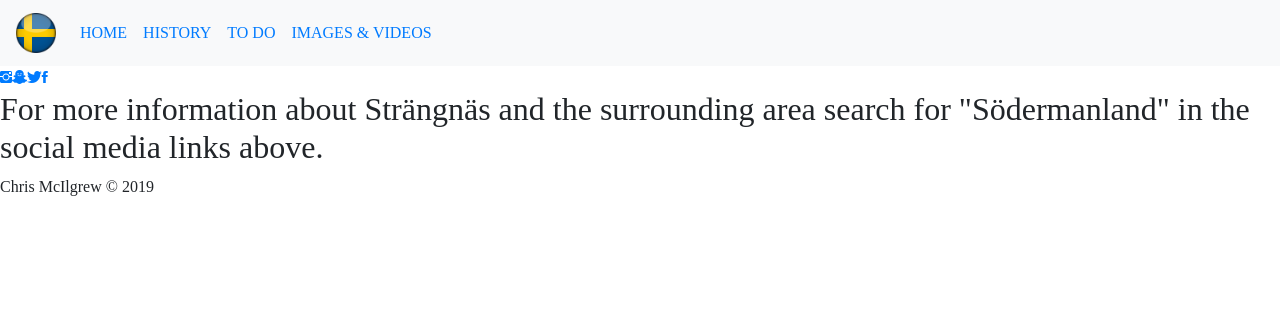
Repository: kososwede/first-project
Page: images+videos.html
The author's editor kept a record of every edit. The page is drawn from the files as they stood at one moment, then again after the next edit.
The browser window is 1280 px wide. The pictures show the whole page.
Some web fonts or font styles are not loaded; a fallback is used.

Above is the page before.

After the next edit:
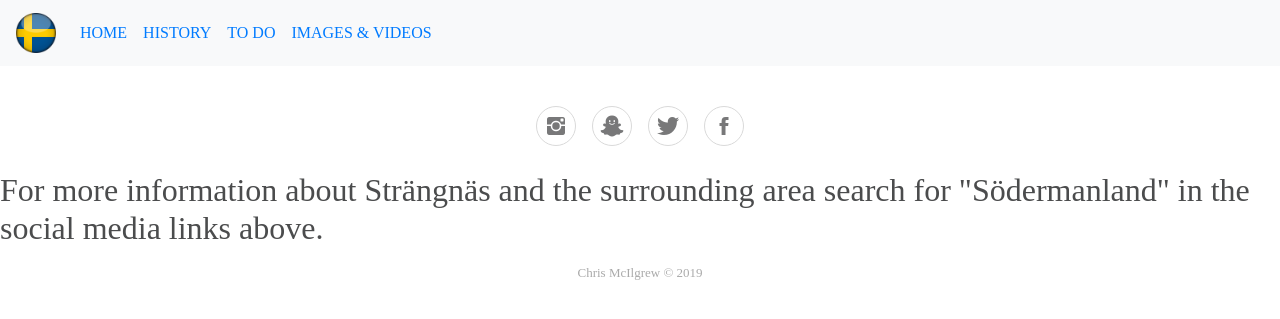
The edit:
--- a/assets/css/style.css
+++ b/assets/css/style.css
@@ -51,10 +51,65 @@
 
 }
 
-.footer p {
- text-align: left;
- background-color: #f8f9fa;
- padding-bottom: 0;
- margin-bottom: 0;
- height: 66px;
+.footer-basic {
+  padding:40px 0;
+  background-color:#ffffff;
+  color:#4b4c4d;
 }
+
+.footer-basic ul {
+  padding:0;
+  list-style:none;
+  text-align:center;
+  font-size:18px;
+  line-height:1.6;
+  margin-bottom:0;
+}
+
+.footer-basic li {
+  padding:0 10px;
+}
+
+.footer-basic ul a {
+  color:inherit;
+  text-decoration:none;
+  opacity:0.8;
+}
+
+.footer-basic ul a:hover {
+  opacity:1;
+}
+
+.footer-basic .social {
+  text-align:center;
+  padding-bottom:25px;
+}
+
+.footer-basic .social > a {
+  font-size:24px;
+  width:40px;
+  height:40px;
+  line-height:40px;
+  display:inline-block;
+  text-align:center;
+  border-radius:50%;
+  border:1px solid #ccc;
+  margin:0 8px;
+  color:inherit;
+  opacity:0.75;
+}
+
+.footer-basic .social > a:hover {
+  opacity:0.9;
+}
+
+.footer-basic .copyright {
+  margin-top:15px;
+  text-align:center;
+  font-size:13px;
+  color:#aaa;
+  margin-bottom:0;
+}
+
+
+}
